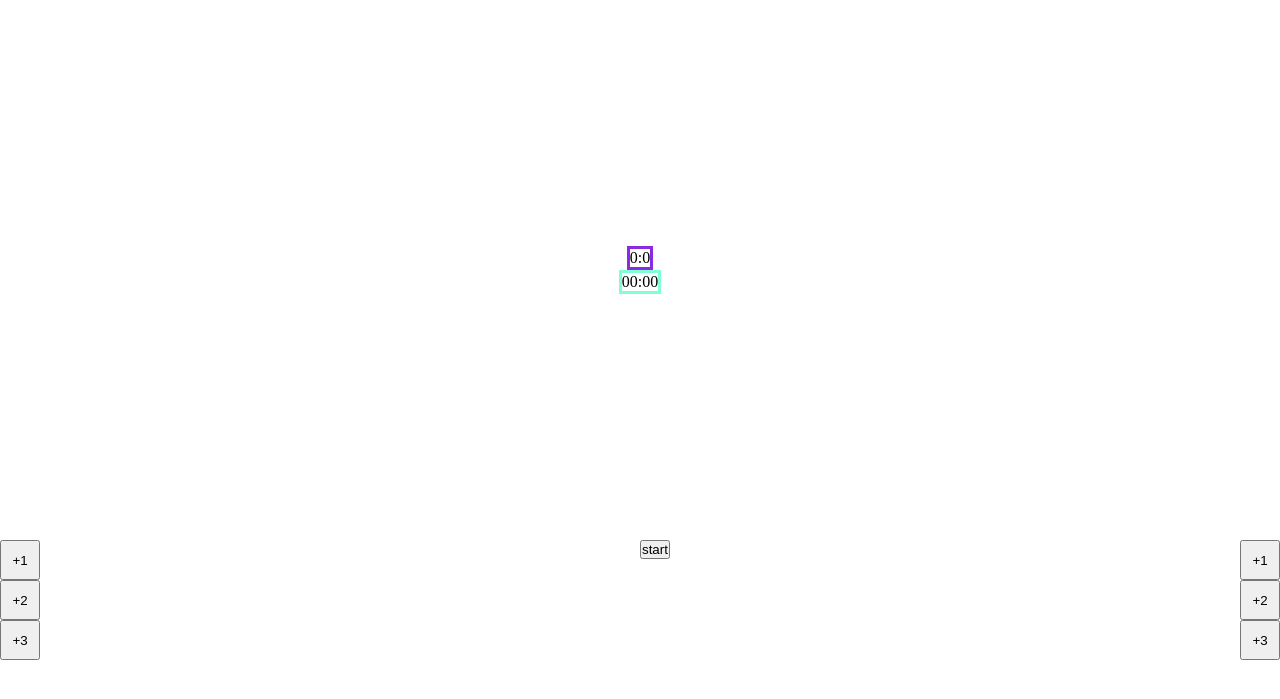
Repository: bollo89/scoreBoard
Page: index.html
These files come from the project's save history. The page is drawn as it stood at one moment and after the next save; the edit follows.
The browser window is 1280 px wide. The pictures show the whole page.

Above is the page before, as saved 2022-01-25 11:58:04.
Console error: ReferenceError: myTimer is not defined

After the next save:
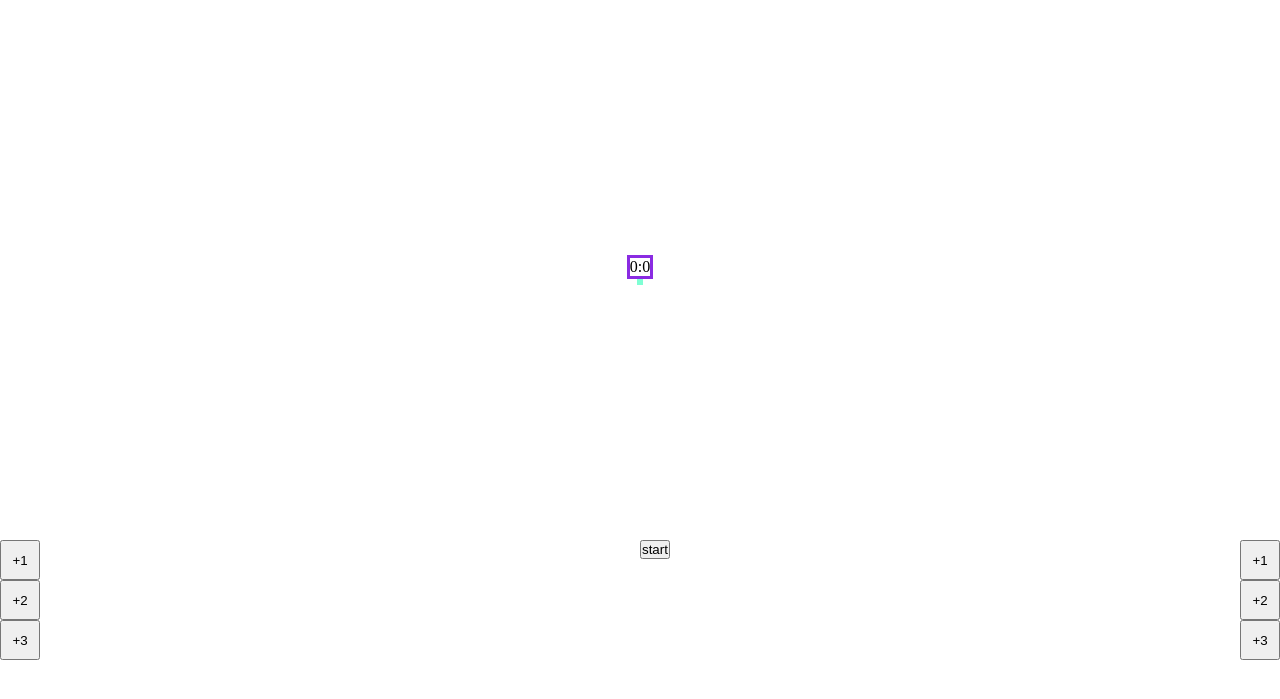
Saved 46 s later.
--- a/index.html
+++ b/index.html
@@ -14,7 +14,7 @@
             <div class="colon">:</div>
             <div class="away"></div>
         </div>
-        <div class="timer">00:00</div>
+        <div class="timer"></div>
     </div>
     <div class="menu">
         <div class="btnsH">
